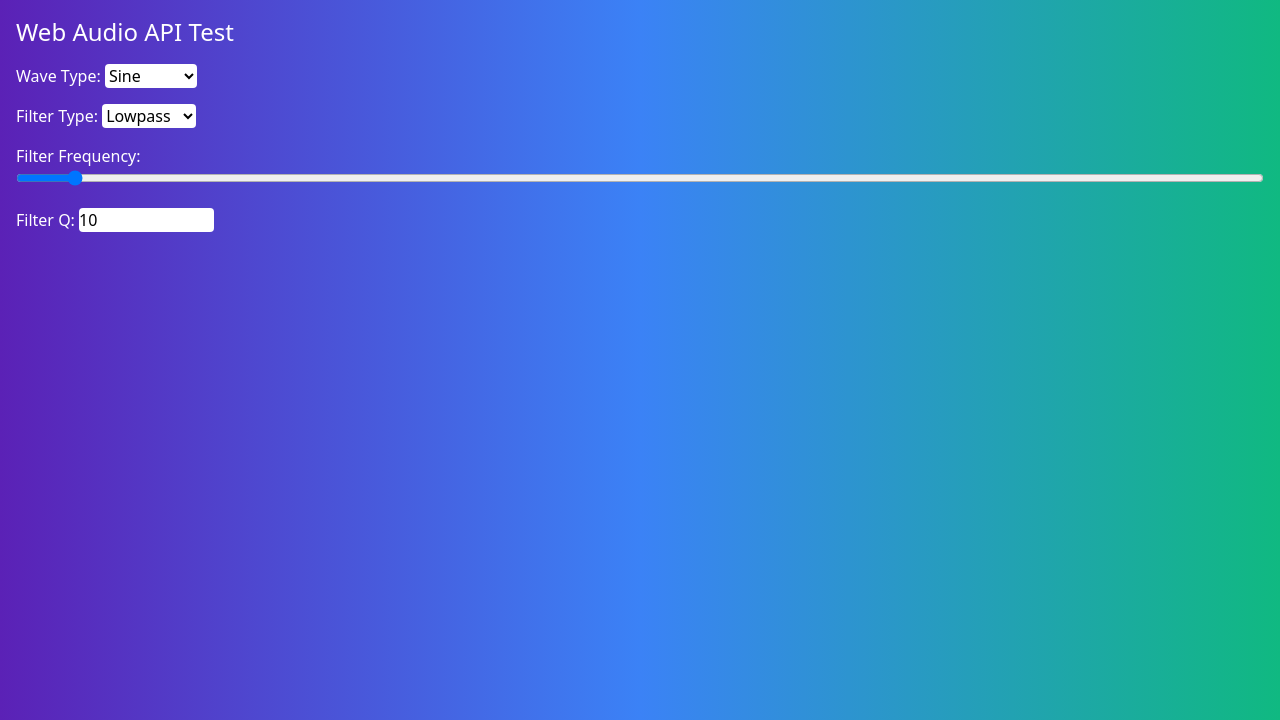
Repository: ibraidab/SONIDOS
Page: index6.html
These files come from the project's save history. The page is drawn as it stood at one moment and after the next save; the edit follows.
The browser window is 1280 px wide. The pictures show the whole page.

Above is the page before, as saved 2023-03-18 15:58:54.

After the next save:
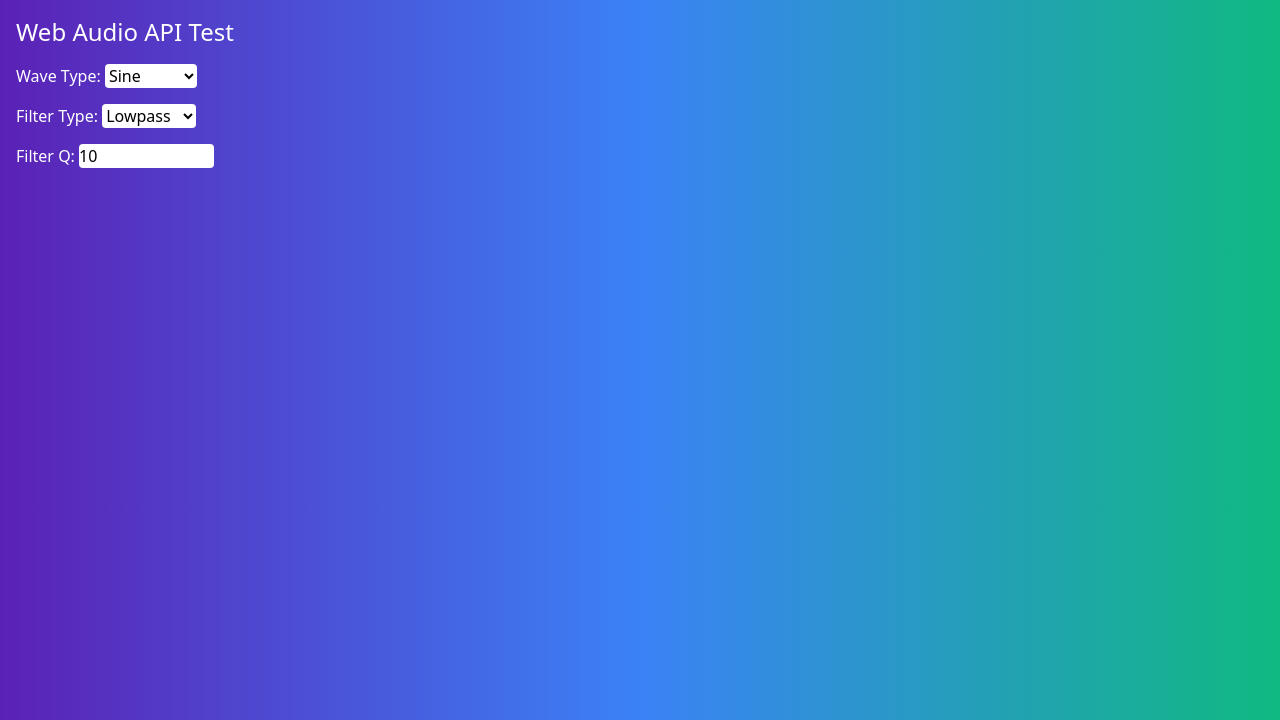
Saved 7 min 8 s later.
--- a/index6.html
+++ b/index6.html
@@ -239,10 +239,10 @@
                     <option value="bandpass">Bandpass</option>
                 </select>
             </div>
-            <div class="mb-4">
+            <!-- <div class="mb-4">
                 <label for="filterFrequency" class="text-white">Filter Frequency:</label>
                 <input type="range" id="filterFrequency" value="1000" min="0" max="24000" step="1" class="w-full">
-            </div>
+            </div> -->
             <div class="mb-4">
                 <label for="filterQ" class="text-white">Filter Q:</label>
                 <input type="number" id="filterQ" value="10" min="0.0001" max="100" step="0.1" class="bg-white rounded">
